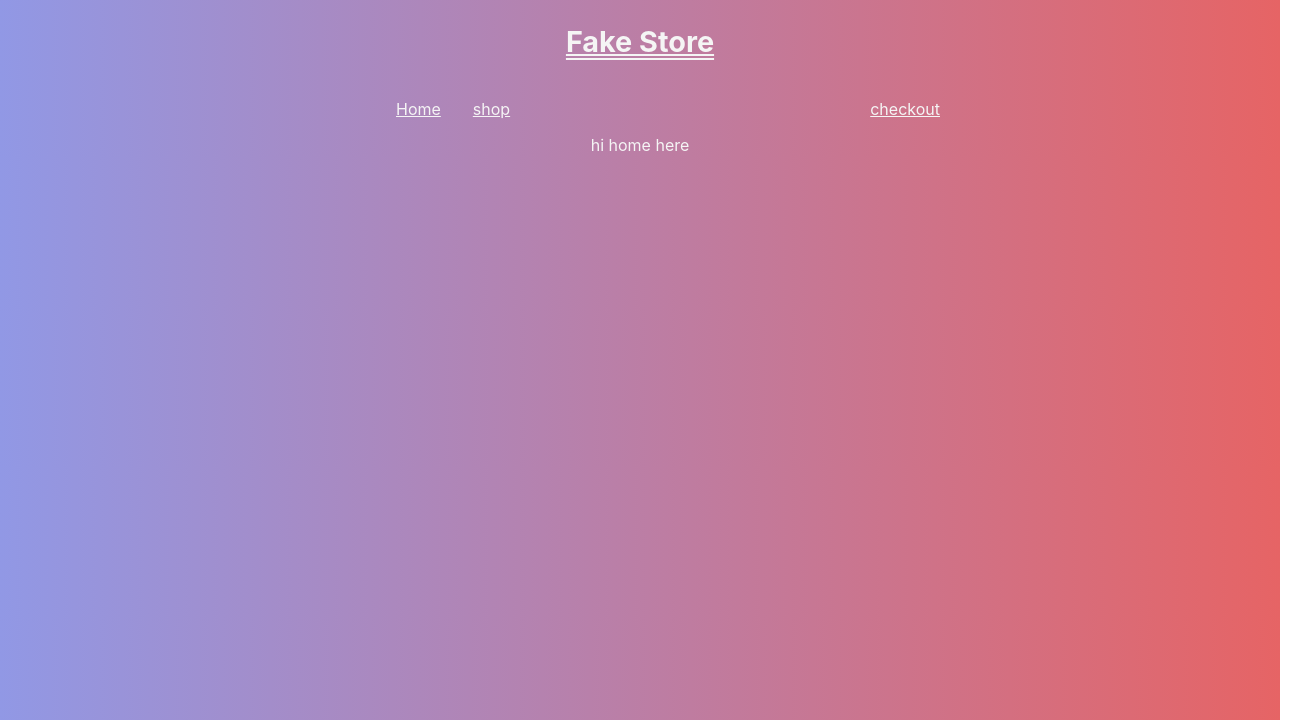
Repository: 0101chaitanya/shopping-cart
Page: /
The author's editor kept a copy of each file at every save. The page is drawn from the files as they stood at one save, then again after the next save.
The browser window is 1280 px wide. The page is 1280 px wide, then 1300 px, then 1280 px, so the pictures cover 1300 px, including what lies to the right of the window. The pictures show the whole page.
Some web libraries are served in a nearby version. The project was rebuilt for these pictures with package versions that can differ from the ones it lists, and the page was loaded fresh each time. Also part of the build but not shown: src/components/Book.js, src/components/Shop.js, src/components/Checkout.js.

Above is the page before, as saved 2021-08-03 19:48:14.

### public/index.html
<!DOCTYPE html>
<html lang="en">

  <head>
    <meta charset="utf-8" />
    <link rel="icon" href="%PUBLIC_URL%/favicon.ico" />
    <meta name="viewport" content="width=device-width, initial-scale=1" />
    <meta name="theme-color" content="#000000" />
    <meta name="description" content="Web site created using create-react-app" />
    <link rel="apple-touch-icon" href="%PUBLIC_URL%/logo192.png" />
    <!--
      manifest.json provides metadata used when your web app is installed on a
      user's mobile device or desktop. See https://developers.google.com/web/fundamentals/web-app-manifest/
    -->
    <link rel="manifest" href="%PUBLIC_URL%/manifest.json" />
    <!--
      Notice the use of %PUBLIC_URL% in the tags above.
      It will be replaced with the URL of the `public` folder during the build.
      Only files inside the `public` folder can be referenced from the HTML.

      Unlike "/favicon.ico" or "favicon.ico", "%PUBLIC_URL%/favicon.ico" will
      work correctly both with client-side routing and a non-root public URL.
      Learn how to configure a non-root public URL by running `npm run build`.
    -->
    <script src="https://kit.fontawesome.com/3dcaf9f6de.js" crossorigin="anonymous"></script>
    <title>React App</title>
  </head>

  <body>
    <noscript>You need to enable JavaScript to run this app.</noscript>
    <div id="root"></div>
    <!--
      This HTML file is a template.
      If you open it directly in the browser, you will see an empty page.

      You can add webfonts, meta tags, or analytics to this file.
      The build step will place the bundled scripts into the <body> tag.

      To begin the development, run `npm start` or `yarn start`.
      To create a production bundle, use `npm run build` or `yarn build`.
    -->
  </body>

</html>

### src/App.js
import "./App.css";
import React from "react";
import { BrowserRouter as Router, Route, Switch } from "react-router-dom";
import Nav from "./components/Nav";
import Home from "./components/Home";
import Shop from "./components/Shop";
import Checkout from "./components/Checkout";
function App() {
  return (
    <Router>
      <div className="App">
        <Nav />

        <Switch>
          <Route path="/" exact component={Home} />
          <Route path="/shop" exact component={Shop} />
          <Route path="/checkout" exact component={Checkout} />
        </Switch>
      </div>
    </Router>
  );
}

export default App;

### src/App.css
.App {
  text-align: center;
}
html,
body,
.App {
  display: flex;
  flex-direction: column;
  justify-content: center;
  align-items: center;
  width: 100vw;
  height: fit-content;
  color: whitesmoke;
  background: linear-gradient(to left, #e66465, #9198e5);
}
nav {
  width: 100vw;
  display: flex;
  flex-direction: column;
  justify-content: center;
  align-items: center;
}

nav > h1 {
  justify-content: center;
  text-align: center;
  font-size: 1.8rem;
  text-decoration: underline double;
}
nav > ul {
  grid-area: ul;
  display: flex;
  align-content: flex-start;
  width: 35rem;
  justify-content: space-between;
  list-style-type: none;
}
nav > ul > li:nth-child(1) {
  display: flex;
}
nav > ul > li:nth-child(1) > * {
  margin: 0 1rem;
}
a {
  color: whitesmoke;
}
input {
  font-size: 2rem;
}
form {
  display: flex;
  flex-direction: column;
  justify-content: center;
  align-items: center;
  width: 12rem;
  padding: 0.4rem;
  background: rgb(132, 168, 96);
  border: double 0.5rem yellow;
}
.bookShow {
  width: 100vw;
  display: grid;
  grid-auto-flow: column;
  grid-template-columns: repeat(auto-fit, 15rem);
  grid-gap: 0.5rem;
}
img {
  width: 12rem;
  height: 14rem;
}

### src/components/Nav.js
import React, { useState, useEffect } from "react";
import { Link } from "react-router-dom";
const Nav = () => {
  return (
    <nav>
      <h1>Fake Store</h1>
      <ul className="nav-links">
        <li>
          <Link className="links" to="/">
            <span>Home</span>
          </Link>
          <Link className="links" to="/shop">
            <span>shop</span>
          </Link>
        </li>
        <li>
          <Link className="links" to="/checkout">
            <span>checkout</span>
          </Link>
        </li>
      </ul>
    </nav>
  );
};
export default Nav;

### src/components/Home.js
import React, { useState, useEffect } from "react";

const Home = () => {
  return <div>hi home here</div>;
};
export default Home;

Loaded but not shown: src/index.js (common file); src/index.css (common file); src/reportWebVitals.js (common file)

After the next save:
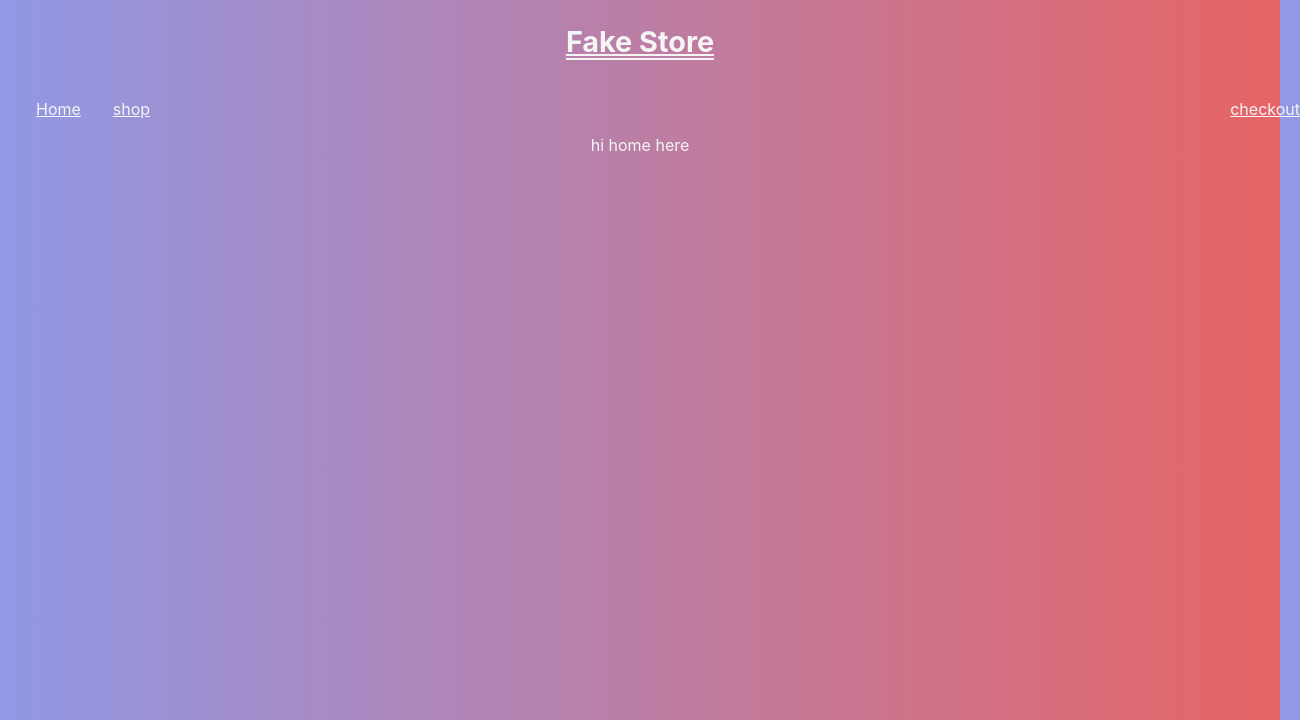
Saved 19 s later.
--- a/src/App.css
+++ b/src/App.css
@@ -31,7 +31,7 @@
   grid-area: ul;
   display: flex;
   align-content: flex-start;
-  width: 35rem;
+  width: 100vw;
   justify-content: space-between;
   list-style-type: none;
 }

After the save that followed:
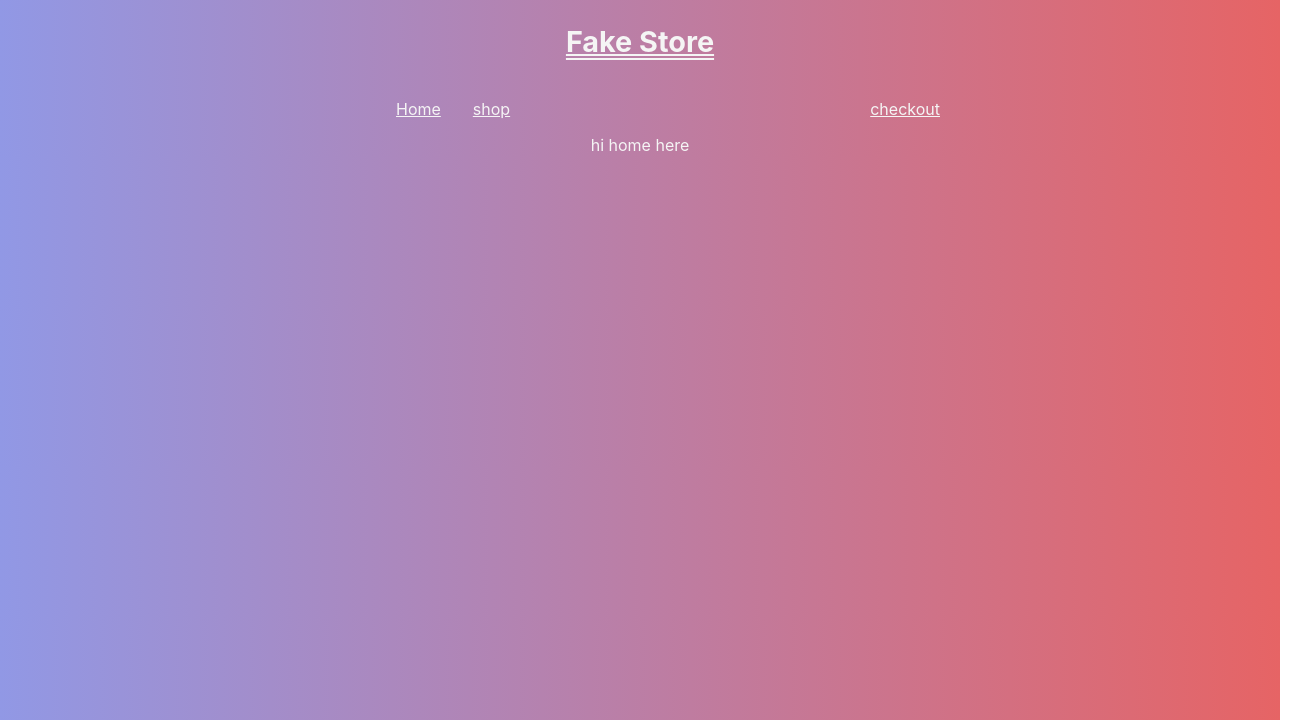
Saved 5 s later.
--- a/src/App.css
+++ b/src/App.css
@@ -31,7 +31,7 @@
   grid-area: ul;
   display: flex;
   align-content: flex-start;
-  width: 100vw;
+  width: 35rem;
   justify-content: space-between;
   list-style-type: none;
 }
